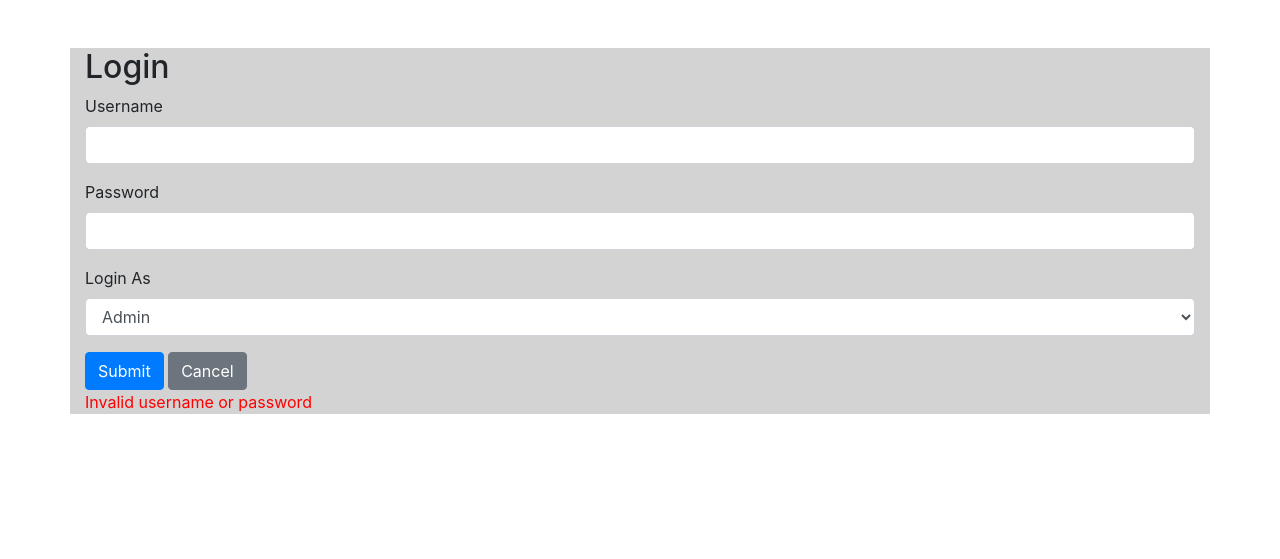
Repository: SuyashAwasthy/Javaee
Page: http://localhost/13-bank-application-mvc/login.jsp
These files come from the project's save history. The page is drawn as it stood at one moment and after the next save; the edit follows.
The browser window is 1280 px wide. The pictures show the whole page.
The page is served by Tomcat 9. Other server files are loaded and not shown.

Above is the page before, as saved 2024-07-22 11:19:32.

### 13-bank-application-mvc/WebContent/login.jsp
<%@ page language="java" contentType="text/html; charset=UTF-8"
	pageEncoding="UTF-8"%>
<!DOCTYPE html>
<html>
<head>
<title>Login</title>
<link rel="stylesheet" href="css/styles.css">
<link rel="stylesheet"
	href="https://maxcdn.bootstrapcdn.com/bootstrap/4.0.0/css/bootstrap.min.css">
</head>
<body>
	<div class="container">
		<h2 class="mt-5">Login</h2>
		<form action="login" method="post">
			<div class="form-group">
				<label for="username">Username</label> <input type="text"
					class="form-control" id="username" name="username" required>
			</div>
			<div class="form-group">
				<label for="password">Password</label> <input type="password"
					class="form-control" id="password" name="password" required>
			</div>
			<div class="form-group">
				<label for="role">Login As</label> <select class="form-control"
					id="role" name="role" required>
					<option value="admin">Admin</option>
					<option value="customer">Customer</option>
				</select>
			</div>
			<button type="submit" class="btn btn-primary">Submit</button>
			<button type="reset" class="btn btn-secondary">Cancel</button>
			<c:if test="${param.error != null}">
				<p style="color: red;">Invalid username or password</p>
			</c:if>
		</form>
	</div>
</body>
</html>

### 13-bank-application-mvc/WebContent/css/styles.css
body {
    background-color: #E5E4E2;
}


.container {
    background-color: #D3D3D3;
}

.button {
	margin-top: 10px;
  	padding: 10px 20px;
    background-color: #04AA6D;
    color: white;
    border: none;
    border-radius: 4px;
    font-size: 16px;
    cursor: pointer;
    transition: background-color 0.3s ease;

}

.button:hover {
    background-color: #45a049;
}

.date-form {
    margin-bottom: 20px;
    justify-content: center;
    align-items: center;
    display: flex;
}

.date-form label {
    margin-right: 10px;
    font-weight: bold;
    color: #333;
}

.date-form input[type="date"] {
    margin-right: 10px;
    padding: 5px;
    border-radius: 4px;
    border: 1px solid #ccc;
}

.date-form .btn {
    padding: 10px 20px;
    background-color: #04AA6D;
    color: white;
    border: none;
    border-radius: 4px;
    font-size: 16px;
    cursor: pointer;
    transition: background-color 0.3s ease;
}

.date-form .btn:hover {
    background-color: #45a049;
}

.search-form {
    margin-bottom: 20px;
    display: flex;
    justify-content: center;
    align-items: center;
}

.search-form label {
    margin-right: 10px;
    font-weight: bold;
    color: #333;
}

.search-form select,
.search-form input[type="text"] {
    margin-right: 10px;
    padding: 5px;
    border-radius: 4px;
    border: 1px solid #ccc;
    font-size: 14px;
    width: 200px;
}

.search-form .btn {
    padding: 10px 20px;
    background-color: #04AA6D;
    color: white;
    border: none;
    border-radius: 4px;
    font-size: 16px;
    cursor: pointer;
    transition: background-color 0.3s ease;
}

.search-form .btn:hover {
    background-color: #45a049;
}

### 13-bank-application-mvc/WebContent/css/adminHome.css
body {
    font-family: 'Arial', sans-serif;
    background-color: #E5E4E2;
    margin: 0;
    padding: 0;
}

.navbar {
    background-color: #818589;
    overflow: hidden;
}

.navbar a {
    float: left;
    display: block;
    color: #f2f2f2;
    text-align: center;
    padding: 14px 16px;
    text-decoration: none;
}

.navbar a:hover {
    background-color: #ddd;
    color: black;
}

.container {
    max-width: 1200px;
    margin: 50px auto;
    padding: 20px;
    background-color: #90EE90;
    box-shadow: 0 0 10px rgba(0, 0, 0, 0.1);
    border-radius: 8px;
    text-align: center;
}

h1 {
    margin-bottom: 40px;
    font-size: 32px;
    color: #333;
}

.card-container {
    display: flex;
    flex-wrap: wrap;
    justify-content: space-around;
}

.card {
    background-color: #f9f9f9;
    border: 1px solid #ddd;
    border-radius: 8px;
    padding: 20px;
    margin: 10px;
    width: calc(25% - 40px);
    box-shadow: 0 0 10px rgba(0, 0, 0, 0.1);
    text-align: left;
}

.card h2 {
    font-size: 24px;
    margin-bottom: 10px;
    color: #333;
}

.card p {
    font-size: 16px;
    margin-bottom: 20px;
    color: #555;
}

.btn {
    display: block;
    text-align: center;
    padding: 10px;
    background-color: #4CAF50;
    color: white;
    text-decoration: none;
    border-radius: 4px;
    transition: background-color 0.3s ease;
}

.btn:hover {
    background-color: #45a049;
}

@media (max-width: 768px) {
    .card {
        width: calc(50% - 40px);
    }
}

@media (max-width: 480px) {
    .card {
        width: calc(100% - 40px);
    }

    h1 {
        font-size: 24px;
    }
}

.logout-btn {
    float: right;
    background-color: #ff4b4b;
    color: white;
    padding: 14px 16px;
    text-decoration: none;
    border-radius: 4px;
    transition: background-color 0.3s ease;
}

.logout-btn:hover {
    background-color: #ff2a2a;
}

After the next save:
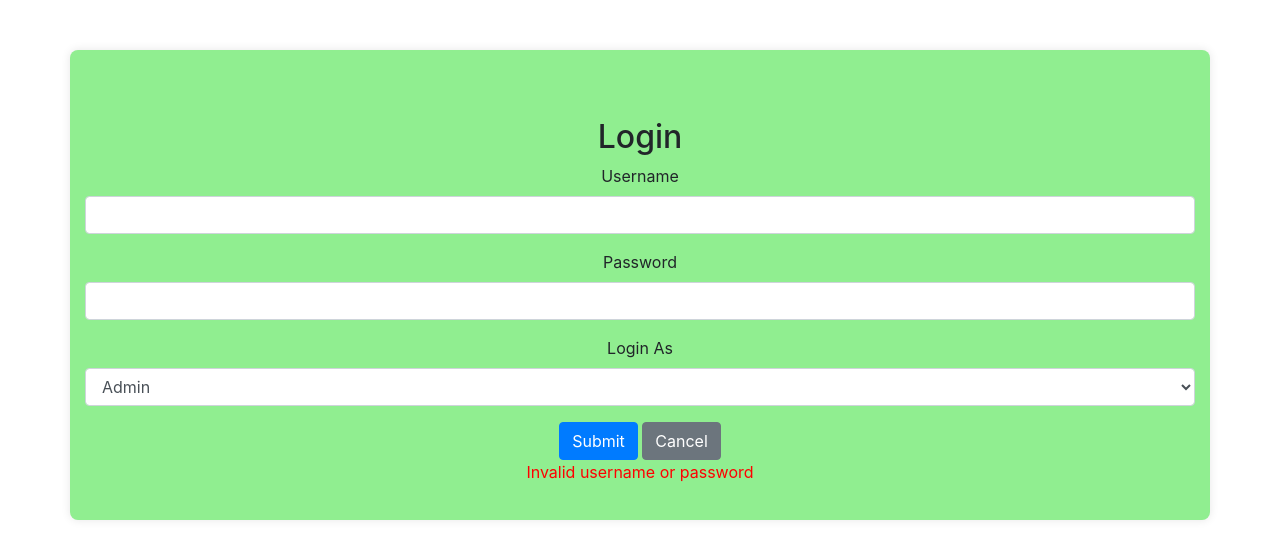
Saved 4 min 5 s later.
--- a/13-bank-application-mvc/WebContent/login.jsp
+++ b/13-bank-application-mvc/WebContent/login.jsp
@@ -5,6 +5,7 @@
 <head>
 <title>Login</title>
 <link rel="stylesheet" href="css/styles.css">
+<link rel="stylesheet" href="css/adminHome.css">
 <link rel="stylesheet"
 	href="https://maxcdn.bootstrapcdn.com/bootstrap/4.0.0/css/bootstrap.min.css">
 </head>

After the save that followed:
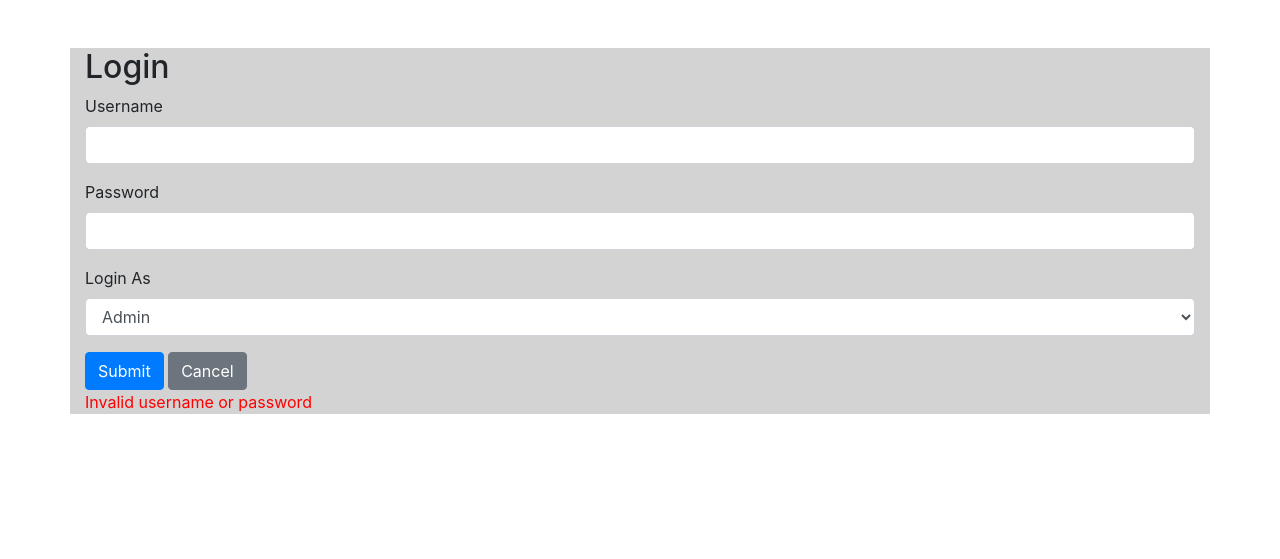
Saved 13 s later.
--- a/13-bank-application-mvc/WebContent/login.jsp
+++ b/13-bank-application-mvc/WebContent/login.jsp
@@ -5,7 +5,6 @@
 <head>
 <title>Login</title>
 <link rel="stylesheet" href="css/styles.css">
-<link rel="stylesheet" href="css/adminHome.css">
 <link rel="stylesheet"
 	href="https://maxcdn.bootstrapcdn.com/bootstrap/4.0.0/css/bootstrap.min.css">
 </head>
